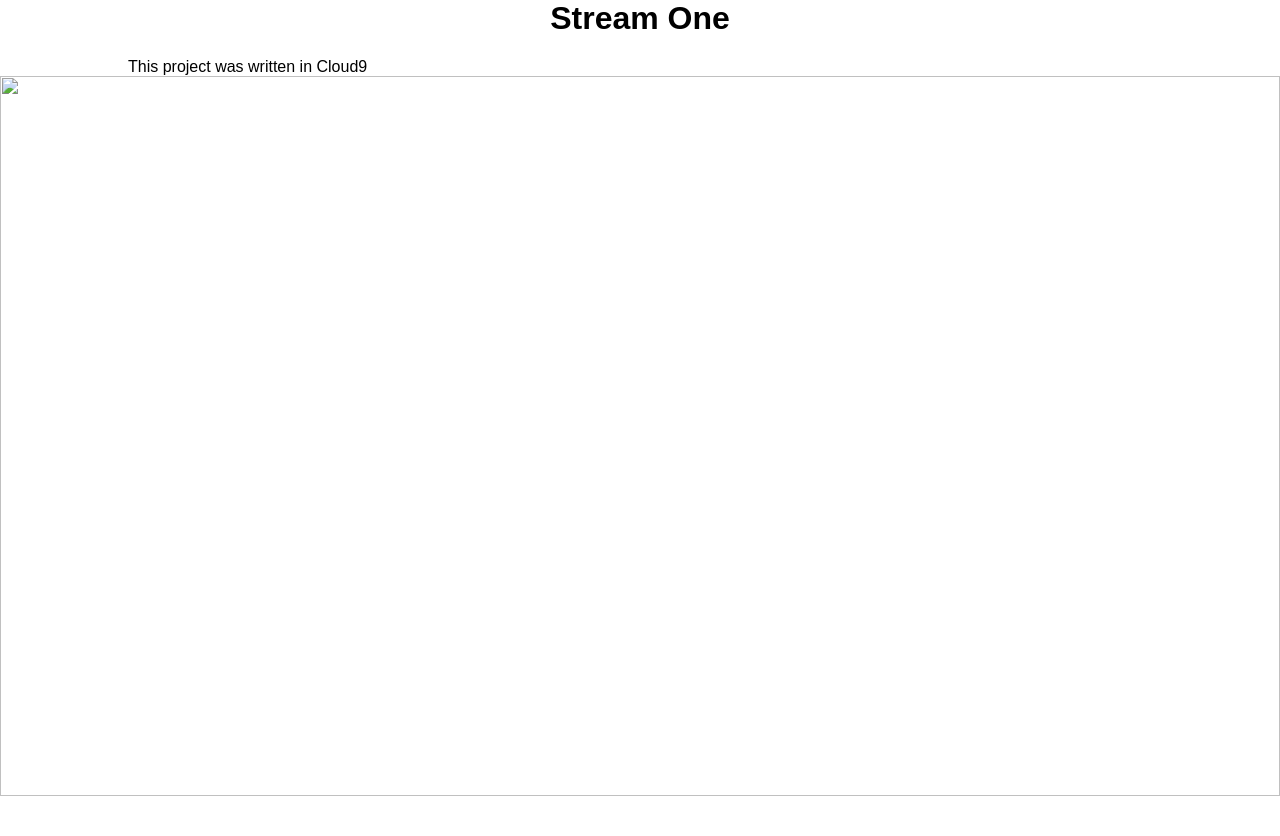
Repository: pu3atiqah/my-first-website
Page: stream-one.html
The author's editor kept a record of every edit. The page is drawn from the files as they stood at one moment, then again after the next edit.
The browser window is 1280 px wide. The pictures show the whole page.

Above is the page before.

After the next edit:
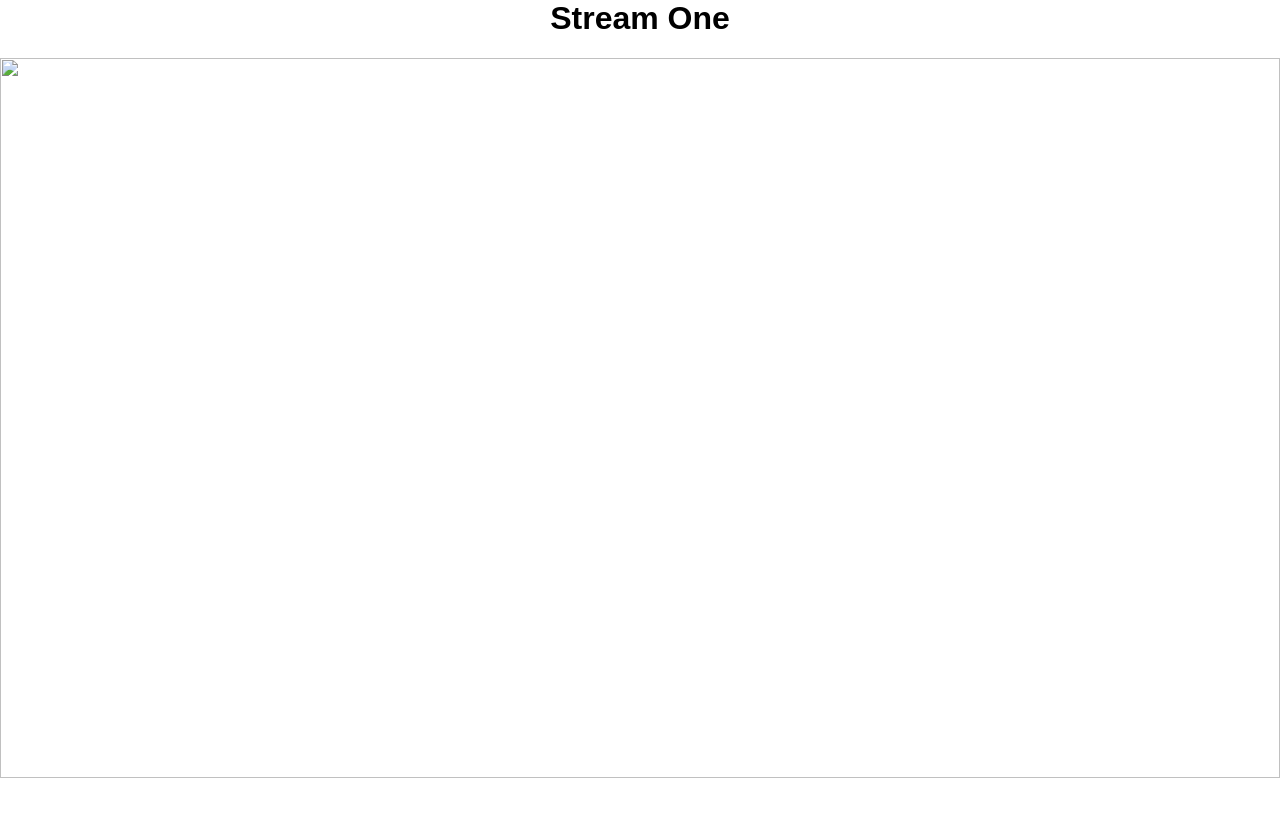
The edit:
--- a/stream-one.html
+++ b/stream-one.html
@@ -7,7 +7,7 @@
     </head>
     <body>
         <h1>Stream One</h1>
-        <div class="card">This project was written in Cloud9</div>
+        <div class="card"></div>
             <a href="https://en.wikipedia.org/wiki/HTML5"></a>
             <img src="">
         <nav>
